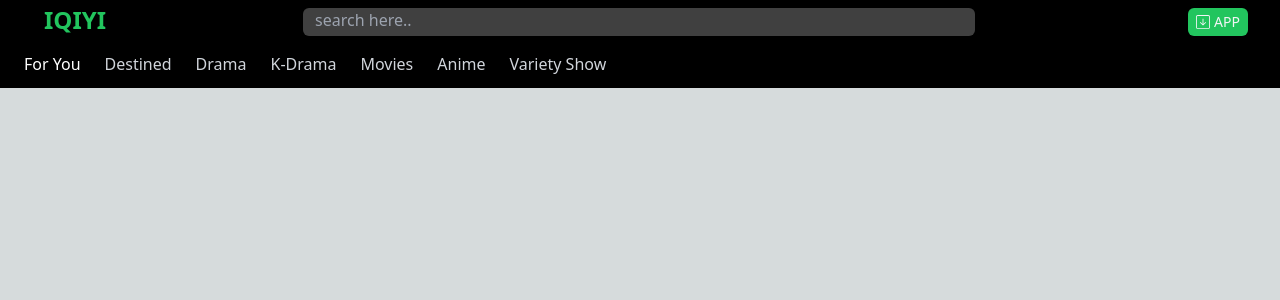
Repository: cozocozy/iqiyi-clone
Page: /
The author's editor kept a copy of each file at every save. The page is drawn from the files as they stood at one save, then again after the next save.
The browser window is 1280 px wide. The pictures show the whole page.
The project was rebuilt for these pictures with package versions that can differ from the ones it lists, and the page was loaded fresh each time. The framework's server and built-in components were replaced by stand-ins that run in the browser. Also part of the build but not shown: next.config.js.

Above is the page before, as saved 2023-07-16 10:55:38.

After the next save:
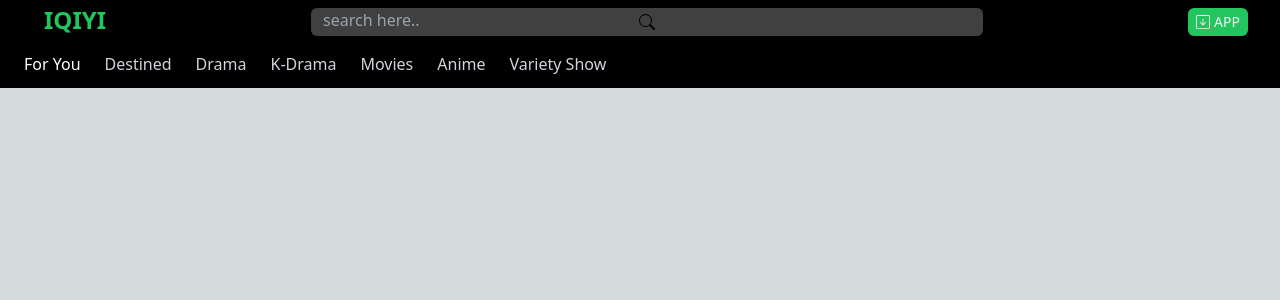
Saved 4 s later.
--- a/pages/components/Header.tsx
+++ b/pages/components/Header.tsx
@@ -17,7 +17,7 @@
         {/* middle part */}
         <div className="flex justify-center items-center w-full mt-1 rounded ">
           <input className="border-none rounded rounded-md bg-neutral-700 w-full max-w-2xl pl-3 pb-1" placeholder="search here.." autoComplete="off"></input>
-          <button className="">
+          <button className="absolute">
             <BsSearch />
           </button>
         </div>
